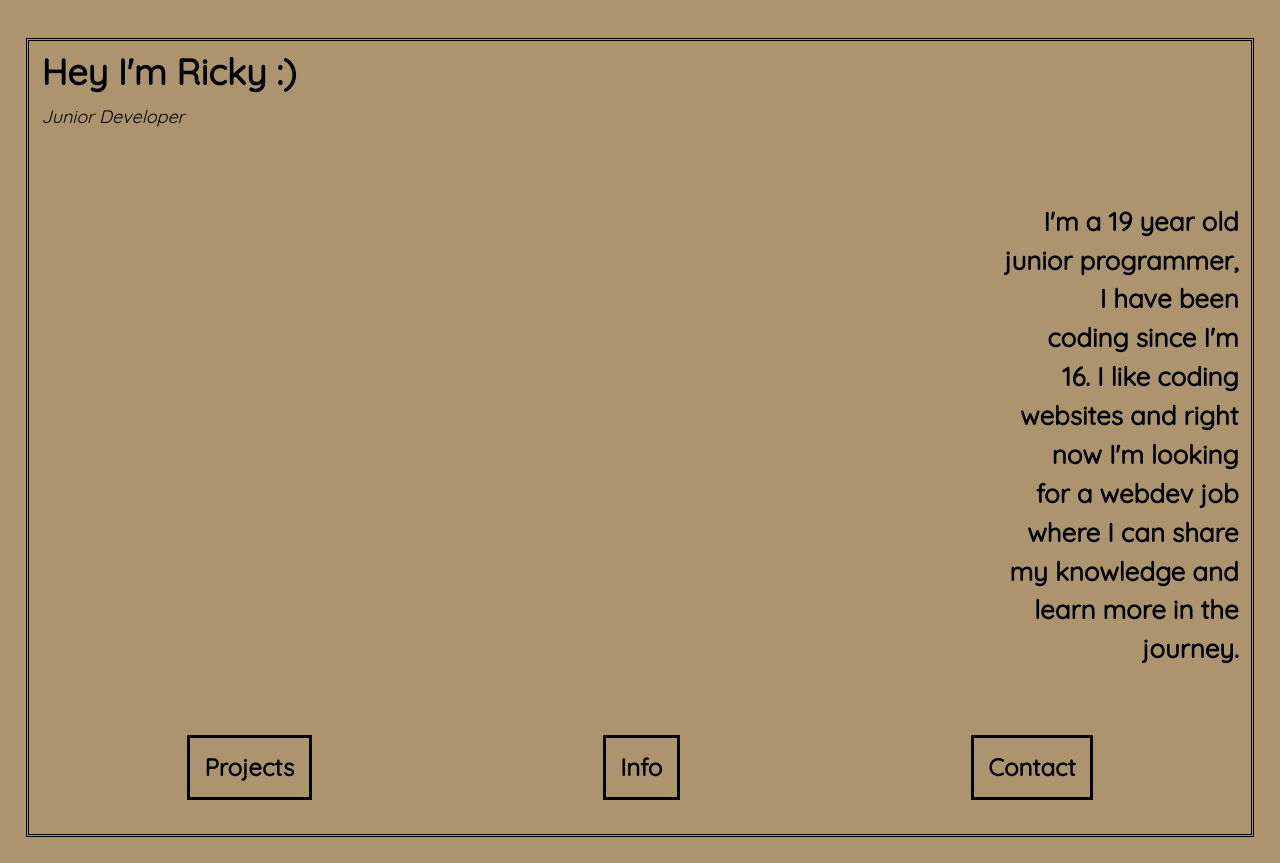
Repository: rickypcyt/ricky-react-portfolio
Page: /
These files come from the project's save history. The page is drawn as it stood at one moment and after the next save; the edit follows.
The browser window is 1280 px wide. The pictures show the whole page.
The project was rebuilt for these pictures with package versions that can differ from the ones it lists, and the page was loaded fresh each time. Also part of the build but not shown: src/pages/Info.js, src/pages/Projects.js, src/pages/Contact.js, src/pages/WebMural.js, src/pages/NotesJS.js.

Above is the page before, as saved 2022-09-12 15:23:16.

### src/index.js
import React from "react";
import ReactDOM from "react-dom/client";
import "./index.css";
import App from "./App";
import reportWebVitals from "./reportWebVitals";
import { BrowserRouter, Routes, Route, Switch } from "react-router-dom";

const root = ReactDOM.createRoot(document.getElementById("root"));
root.render(
  <React.StrictMode>
    <BrowserRouter>
      <App />
    </BrowserRouter>
  </React.StrictMode>
);

// If you want to start measuring performance in your app, pass a function
// to log results (for example: reportWebVitals(console.log))
// or send to an analytics endpoint. Learn more: https://bit.ly/CRA-vitals
reportWebVitals();

### src/index.css
@import url("https://fonts.googleapis.com/css2?family=Quicksand");

input[type="file"] {
  display: none;
}
.container {
  top: 0%;
  left: 0%;
}
::marker {
  display: none;
}
.image-container {
  width: 100%;
  margin: auto;
  display: flex;
  flex-direction: row;
  justify-content: space-evenly;
  gap: 15px;
  padding: 10px;
}
body {
  line-height: 1;
  font-family: "Quicksand";
  font-size: large;
  margin: 2%;
  padding: 1%;
  border-style: double;
  margin-top: 3%;
  background: #ac946e;
}
ol {
  list-style: none;
  display: flex;
  padding: 0;
  justify-content: space-around;
  align-items: flex-start;
  display: flex;
  flex-wrap: wrap;
  align-content: center;
}
.content {
  position: absolute;
  right: calc(var(--pad) * 2);
  bottom: calc(var(--pad) * 2);
  white-space: nowrap;
}
.parrafo {
  line-height: 1.5;
  text-align: end;
  font-size: larger;
  padding-bottom: 1%;
  padding-top: 1%;

}
.parrafo span {
  display: block;
}
.titulo {
  margin: 0;
}
.oli {
  font-weight: bold;
  border-style: solid;
  font-size: x-large;
  padding: 1ch;
}
.descripcion {
  font-weight: lighter;
  font-style: oblique;
}
.oli:hover {
  color: black;
  border-style: dotted;
}
.page {
  padding-top: 2%;
  padding-bottom: 3%;
}
.pageContact {
  padding-top: 8%;
  padding-bottom: 9%;
}
.cabeceranavi {
  padding-bottom: 2%;
}
p {
  font-weight: bold;
}
a {
  color: black;
  text-decoration: none;
  padding: 0ch;
}
span {
  font-size: larger;
}
li {
  width: 7%;
  height: 10%;
}
ul {
  list-style-type: none;
  margin: 0%;
  display: flex;
  align-items: center;
  flex-direction: row;
  padding-top: 5%;
  padding-bottom: 5%;
  padding-left: 0%;
  justify-content: space-around;
}
.imagenes {
  display: block;
  height: auto;
  width: auto;
  padding-top: 5%;
  padding-bottom: 5%;
}

.imagenesproyect {
  position: relative;
}
.fixer {
  display: flex;
  flex-direction: row;
  justify-content: space-evenly;
  padding-bottom: 3%;
}
.overlay {
  position: absolute;
  top: 0.83cm;

  background: rgb(0, 0, 0);
  background: rgb(2, 0.3, 0.9, 0.6); /* Black see-through */
  color: #f1f1f1;
  width: 100%;
  transition: 0.5s ease;
  color: white;
  text-align: center;
  font-size: 20px;
  padding-top: 20px;
  padding-bottom: 20px;
  opacity: 0;
}
.imagenesproyect:hover .overlay {
  opacity: 1;
}
.overlay2 {
  position: absolute;
  bottom: 8%;
  background: rgb(0, 0, 0);
  background: rgba(40, 40, 40, 0.6); /* Black see-through */
  color: #f1f1f1;
  width: 100%;
  transition: 0.5s ease;
  color: white;
  text-align: center;
  font-size: 20px;
  padding-top: 20px;
  padding-bottom: 20px;
  opacity: 0;
}
.imagenesproyect:hover .overlay2 {
  opacity: 1;
}

.homeinfo {
  font-size: x-large;
  line-height: 300%;
}

@media screen and (max-width: 1340px) {
  .fixer {
    flex-direction: column;
    justify-content: center;
  }
  .imagenes {
    height: auto;
    width: 100%;
  }
  ol {
  }
}

.image-container {
  width: auto;
  margin: auto;
  /* display: flex; */
  flex-wrap: wrap;
  gap: 15px;
  padding: 10px;
}

.image-container img {
  max-width: 100%;
  max-height: 225px;
}

.container .image-container .image {
  border: 4px solid black;
  overflow: hidden;
  /* cursor: pointer; */
}

.container .image-container .image img {
  height: 100%;
  width: 100%;
}
@media (max-width: 700px) {
  .image-container img {
    max-height: -10px;
  }
  .cabeceranavi {
    padding-bottom: 7%;
  }
  .homeinfo {
    font-size: x-large;
    line-height: 150%;
  }
}

.image:hover {
  transform: scale(
    1.15
  ); /* (150% zoom - Note: if the zoom is too large, it will go outside of the viewport) */
}

### src/App.js
import Content from "./Content";
import Info from "./pages/Info";
import Projects from "./pages/Projects";
import Contact from "./pages/Contact";
import WebMural from "./pages/WebMural";
import NotesJS from "./pages/NotesJS";
import { Route, Routes, Switch } from "react-router-dom";

function App() {
  return (
    <>
      <Routes>
        <Route path="/" element={<Content />}/>
        <Route path="/Projects" element={<Projects />} />
        <Route path="/Info" element={<Info />} />
        <Route path="/Contact" element={<Contact />} />
        <Route path="/WebMural" element={<WebMural />} />
        <Route path="/NotesJS" element={<NotesJS />} />
      </Routes>
    </>
  );
}
export default App;

### src/Content.js
import { Link, useMatch, useResolvedPath } from "react-router-dom";
export default function Content() {
    console.log(window.location)
  return (
    <main className="BodyOriginal">
      <div id="Page">
        <div className="cabecera">
          <h1 className="titulo">Hey I'm Ricky :)</h1>
          <p className="descripcion">Junior Developer</p>
        </div>
        <div className="separador">
          <section className="page" style={{ display: "block", opacity: 1 }}>
            <div className="home">
              <p className="parrafo ">
                <span>I'm a 19 year old </span>
                <span>junior programmer,</span>
                <span>I have been</span>
                <span> coding since I'm</span>
                <span>16. I like coding</span>
                <span>websites and right</span>
                <span>now I'm looking</span>
                <span>for a webdev job</span>
                <span>where I can share</span>
                <span>my knowledge and</span>
                <span>learn more in the</span>
                <span>journey.</span>
              </p>
            </div>
          </section>
          <nav className="cabeceranavi">
            <ol>
              <div>
                <CustomLink to="projects" className="oli">
                  Projects
                </CustomLink>
              </div>
              <div>
                <CustomLink to="info" className="oli">
                  Info
                </CustomLink>
              </div>
              <div>
                <CustomLink to="contact" className="oli">
                  Contact
                </CustomLink>
              </div>
            </ol>
          </nav>
        </div>
      </div>
    </main>
  );
}

function CustomLink({ to, children, ...props }) {
  const resolvedPath = useResolvedPath(to);
  const isActive = useMatch({ path: resolvedPath.pathname, end: true });
  return (
    <li className={isActive ? "active" : ""}>
      <Link to={to} {...props}>
        {children}
      </Link>
    </li>
  );
}

Loaded but not shown: public/index.html (common file); src/reportWebVitals.js (common file)

After the next save:
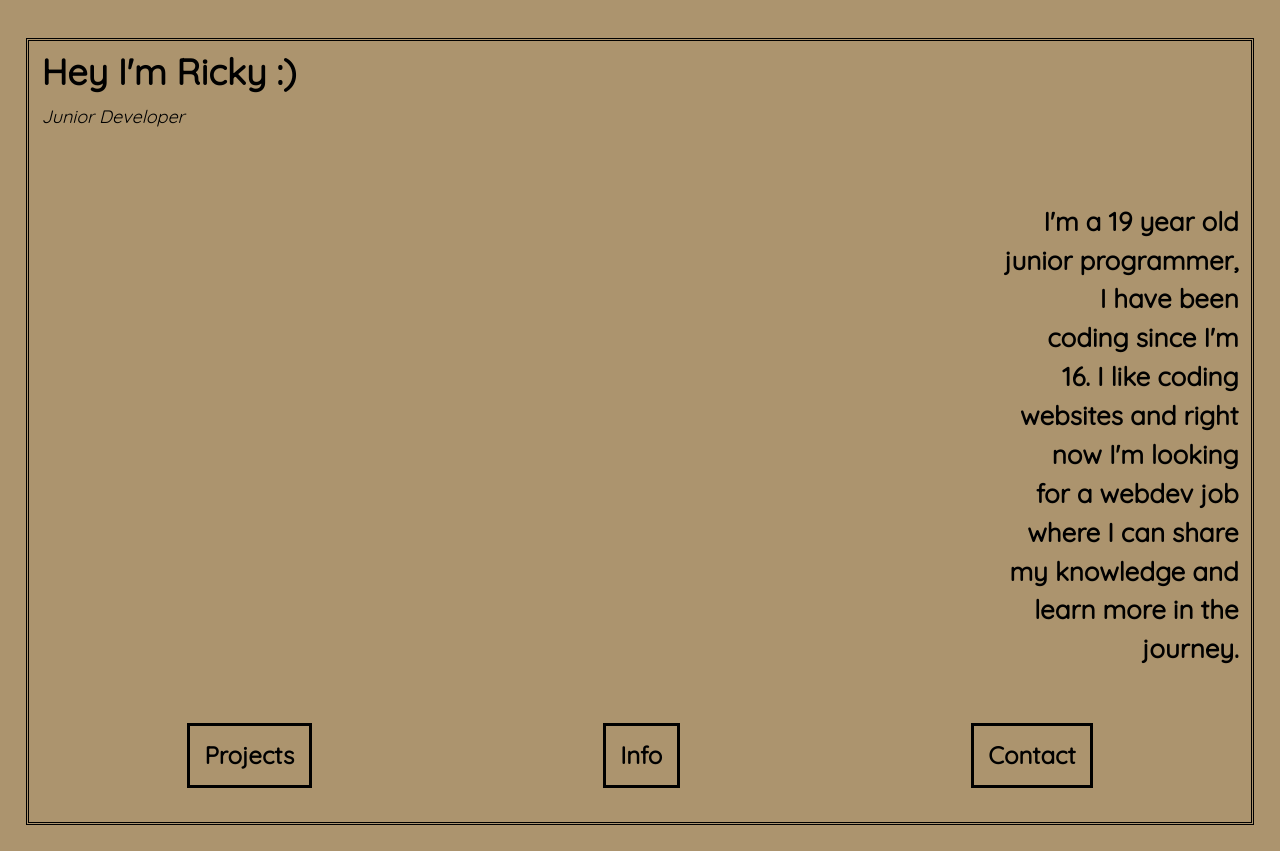
Saved 11 s later.
--- a/src/index.css
+++ b/src/index.css
@@ -49,7 +49,6 @@ ol {
   line-height: 1.5;
   text-align: end;
   font-size: larger;
-  padding-bottom: 1%;
   padding-top: 1%;
 
 }
